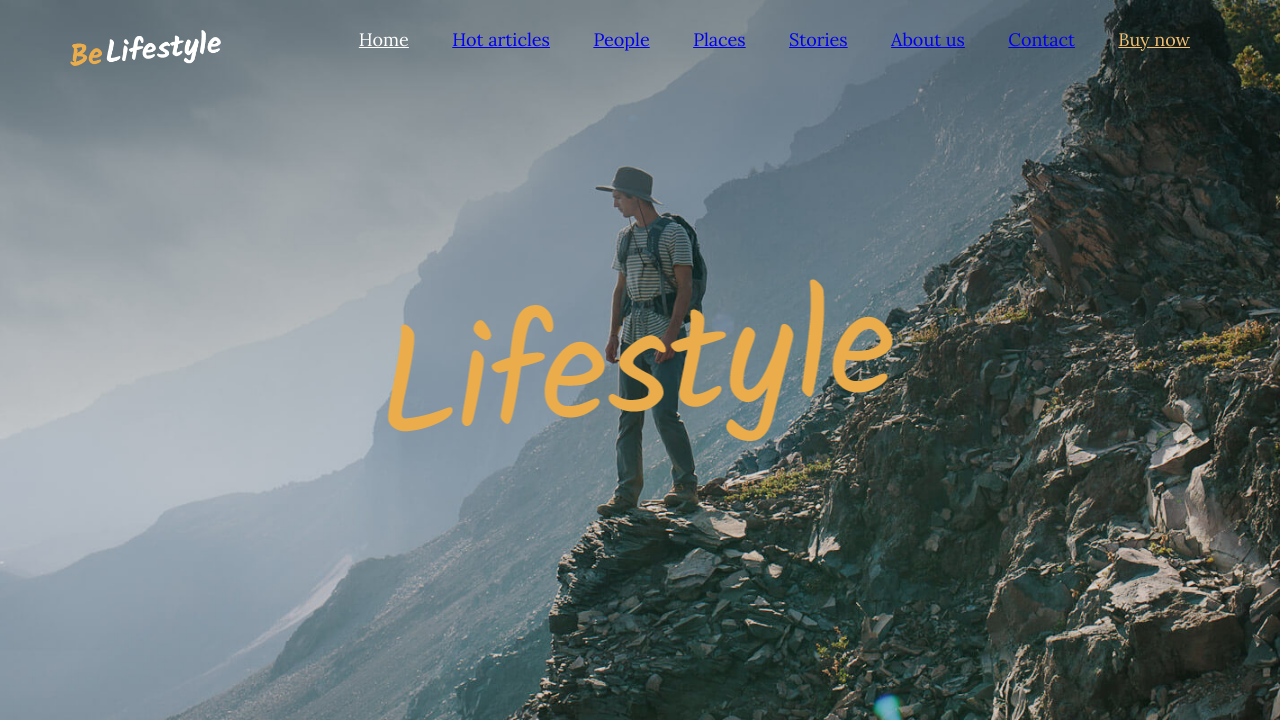
Repository: MalgorzataMazur/BeLife
Page: index.html
These files come from the project's save history. The page is drawn as it stood at one moment and after the next save; the edit follows.
The browser window is 1280 px wide. The pictures show the whole page.

Above is the page before, as saved 2019-10-31 17:36:49.

After the next save:
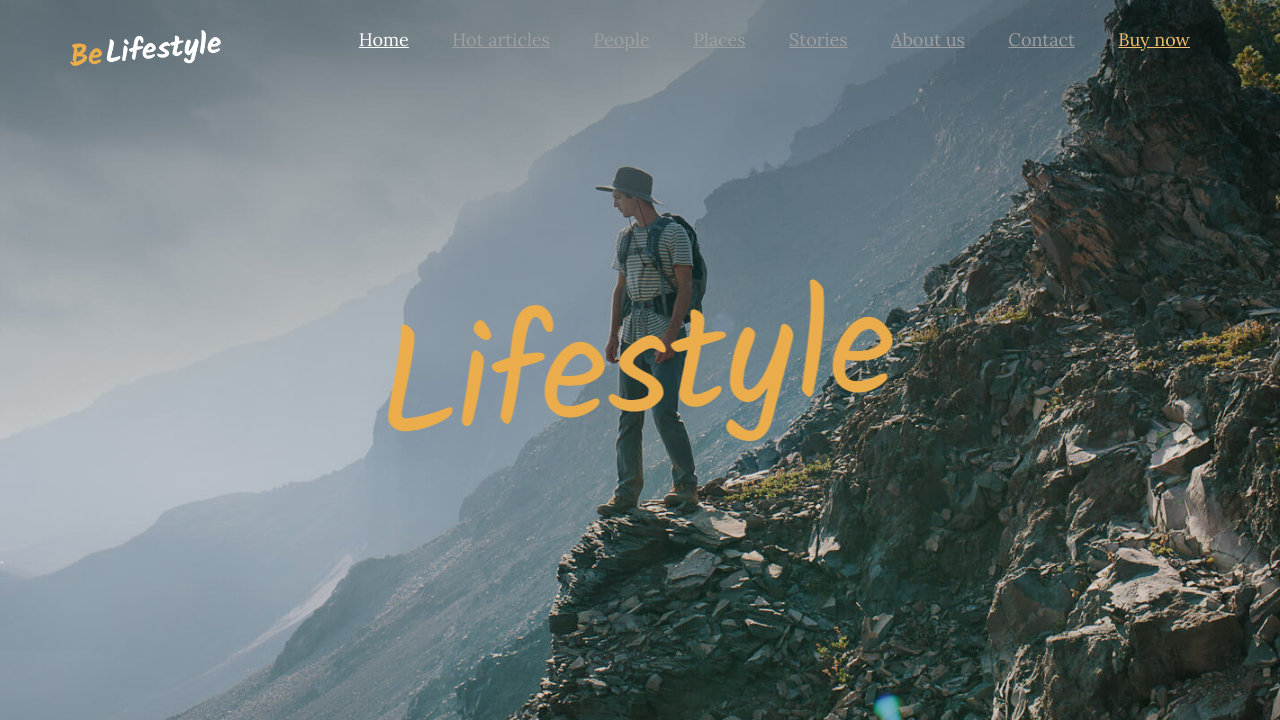
Saved 59 s later.
--- a/resources/css/style.css
+++ b/resources/css/style.css
@@ -61,7 +61,7 @@ header {
     font-size: 18px;
     margin-top: 30px;
     padding: 0 20px;
-    color: #9d9fa0;
+
 
 }
 
@@ -72,3 +72,6 @@ ul li a[href="/home"] {
 ul li a[href="/buy"] {
     color: #f3c070;
 }
+ul li a {
+    color: #9d9fa0;
+}
